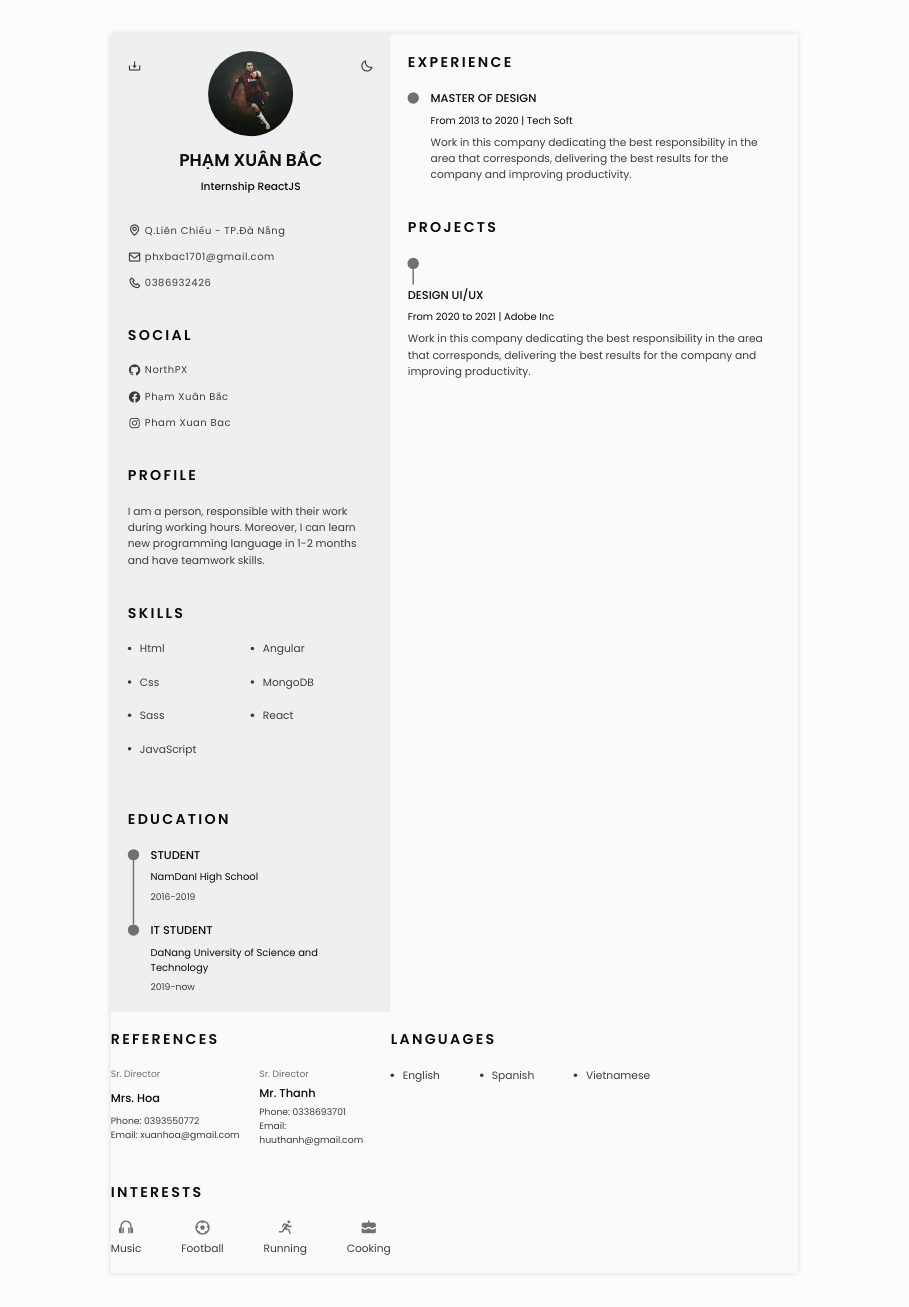
Repository: northpx/myCV
Page: index.html
An editor plug-in stored every save of this project. The page is shown before and after a run of saves, followed by the edit.
The browser window is 1280 px wide. The pictures show the whole page, at 71% of full size.

Above is the page before, as saved 2023-02-23 17:01:47.

### index.html
<!DOCTYPE html>
<html lang="en">
<head>
    <meta charset="UTF-8">
    <meta http-equiv="X-UA-Compatible" content="IE=edge">
    <meta name="viewport" content="width=device-width, initial-scale=1.0">
    <link rel="stylesheet" href="./src/css/styles.css">
    <link rel="stylesheet" href="https://cdn.jsdelivr.net/npm/boxicons@latest/css/boxicons.min.css">
    <title>Pham Xuan Bac</title>
</head>
<body>
    <header class="l-header" id="header">
        <nav class="nav bd-container">
            <a href="#" class="nav__logo">Bac</a>
            <div class="nav__menu" id="nav-menu">
                <ul class="nav__list">
                    <li class="nav__item">
                        <a href="#home" class="nav__link active-link">
                            <i class='bx bx-home nav__icon' ></i>HOME
                        </a>
                    </li>
                    <li class="nav__item">
                        <a href="#profile" class="nav__link">
                            <i class='bx bx-user nav__icon' ></i>USER
                        </a>
                    </li>
                    <li class="nav__item">
                        <a href="#education" class="nav__link">
                            <i class='bx bx-book nav__icon' ></i>EDUCATION
                        </a>
                    </li>
                    <li class="nav__item">
                        <a href="#skills" class="nav__link">
                            <i class='bx bx-receipt nav__icon' ></i>SKILLS
                        </a>
                    </li>
                    <li class="nav__item">
                        <a href="#experience" class="nav__link">
                            <i class='bx bx-briefcase-alt nav__icon' ></i>experience
                        </a>
                    </li>
                    <li class="nav__item">
                        <a href="#projects" class="nav__link">
                            <i class='bx bx-award nav__icon' ></i>projectS
                        </a>
                    </li>

                    <li class="nav__item">
                        <a href="#references" class="nav__link">
                            <i class='bx bx-link-external nav__icon' ></i>REFERENCES
                        </a>
                    </li>
                </ul>
            </div>

            <div class="nav__toogle" id="nav-toggle">
                <i class="bx bx-grid-alt"></i>
            </div>
        </nav>
    </header>
    <main class="l-main bd-container">
        <div class="resume" id="area-cv">
            <div class="resume__left">
                <section class="home" id="home">
                    <div class="home__container section bd-grid">
                        <div class="home__data bd-grid">
                            <img src="./src/img/z3668101589347_355da8c054c5f58beb49364ce3f9e5b5.jpg" alt="" class="home__img">
                            <h1 class="home__title"><b>PHẠM XUÂN BẮC</b></h1>
                            <h3 class="home__profession">Internship ReactJS</h3>
                            <div>
                                <a download="" href="./src/pdf/resumecv.pdf" class="home__button-movil">Download</a>
                            </div>
                        </div>
                        <div class="home__address bd-grid">
                            <span class="home__information">
                                <i class="bx bx-map home__icon"></i> Q.Liên Chiểu - TP.Đà Nẵng
                            </span>
                            <span class="home__information">
                                <i class="bx bx-envelope home__icon"></i> phxbac1701@gmail.com
                            </span>
                            <span class="home__information">
                                <i class="bx bx-phone home__icon"></i> 0386932426
                            </span>
                        </div>
                    </div>
                    <i class="bx bx-moon change-theme" title="Theme" id="theme-button"></i>
                    <i class="bx bx-download generate-pdf" title="Generate PDF" id="resume-button"></i>
                </section>

                <section class="social section">
                    <h2 class="section-title">Social</h2>
                    <div class="social__container bd-grid">
                        <a href="https://github.com/northpx" target="_blank" class="social_link">
                            <i class="bx bxl-github social__icon"></i> NorthPX
                        </a>
                        <a href="https://www.facebook.com/north.px.13/" target="_blank" class="social_link">
                            <i class="bx bxl-facebook-circle social__icon"></i> Phạm Xuân Bắc
                        </a>
                        <a href="https://www.instagram.com/_north.px_/" target="_blank" class="social_link">
                            <i class="bx bxl-instagram social__icon"></i> Pham Xuan Bac
                        </a>
                    </div>
                </section>

                <section class="profile section" id="profile">
                    <h2 class="section-title">Profile</h2>
                    <p class="profile__description">
                        I am a person, responsible with their work during working hours. Moreover, I can learn new programming language in 1-2 months and have teamwork skills.
                    </p>
                </section>

                <section class="skills section" id="skills">
                    <h2 class="section-title">Skills</h2>
                    <div class="skills__content bd-grid">
                        <ul class="skills__data">
                            <li class="skills__name">
                                <span class="skills__circle"></span> Html
                            </li>
                            <li class="skills__name">
                                <span class="skills__circle"></span> Css
                            </li>
                            <li class="skills__name">
                                <span class="skills__circle"></span> Sass
                            </li>
                            <li class="skills__name">
                                <span class="skills__circle"></span> JavaScript
                            </li>
                        </ul>

                        <ul class="skills__data">
                            <li class="skills__name">
                                <span class="skills__circle"></span> Angular
                            </li>
                            <li class="skills__name">
                                <span class="skills__circle"></span> MongoDB
                            </li>
                            <li class="skills__name">
                                <span class="skills__circle"></span> React
                            </li>
                        </ul>
                    </div>
                </section>

                <section class="education section" id="education">
                    <h2 class="section-title">Education</h2>
                    <div class="education__container bd-grid">
                        <!-- <div class="education__content">
                            <div class="education__time">
                                <span class="education__rounder"></span>
                                <span class="education__line"></span>
                            </div>
                            <div class="education__data bd-grid">
                                <h3 class="education__title">STUDENT</h3>
                                <span class="education__studies">HongLong Secondary School</span>
                                <span class="education__year">2012-2016</span>
                            </div>
                        </div> -->

                        <div class="education__content">
                            <div class="education__time">
                                <span class="education__rounder"></span>
                                <span class="education__line"></span>
                            </div>
                            <div class="education__data bd-grid">
                                <h3 class="education__title">STUDENT</h3>
                                <span class="education__studies">NamDanI High School</span>
                                <span class="education__year">2016-2019</span>
                            </div>
                        </div>

                        <div class="education__content">
                            <div class="education__time">
                                <span class="education__rounder"></span>
                                <!-- <span class="education__line"></span> -->
                            </div>
                            <div class="education__data bd-grid">
                                <h3 class="education__title">IT STUDENT</h3>
                                <span class="education__studies">DaNang University of Science and Technology</span>
                                <span class="education__year">2019-now</span>
                            </div>
                        </div>
                    </div>
                </section>

            </div>

            <div class="resume__right">
                <section class="experience section" id="experience">
                    <h2 class="section-title">experience</h2>
                    <div class="experience__container bd-grid">
                        <div class="experience__content">
                            <div class="experience__time">
                                <span class="experience__rounder"></span>
                                <!-- <span class="experience__line"></span> -->
                            </div>
                            <div class="experience__data bd-grid">
                                <h3 class="experience__title">MASTER OF DESIGN</h3>
                                <span class="experience__company">From 2013 to 2020 | Tech Soft</span>
                                <p class="experience__description">Work in this company dedicating the best responsibility in the area that corresponds, delivering the best results for the company and improving productivity.</p>
                            </div>
                        </div>
                        <!-- <div class="experience__content">
                            <div class="experience__time">
                                <span class="experience__rounder"></span>
                                <span class="experience__line"></span>
                            </div>
                            <div class="experience__data bd-grid">
                                <h3 class="experience__title">DESIGN UI/UX</h3>
                                <span class="experience__company">From 2020 to 2021 | Adobe Inc</span>
                                <p class="experience__description">Work in this company dedicating the best responsibility in the area that corresponds, delivering the best results for the company and improving productivity.</p>
                            </div>
                        </div>
                        <div class="experience__content">
                            <div class="experience__time">
                                <span class="experience__rounder"></span>
                            </div>
                            <div class="experience__data bd-grid">
                                <h3 class="experience__title">MOBILE APP DEVELOPER</h3>
                                <span class="experience__company">From 2021 to 2023 | App Tech</span>
                                <p class="experience__description">Work in this company dedicating the best responsibility in the area that corresponds, delivering the best results for the company and improving productivity.</p>
                            </div>
                        </div> -->
                    </div>
                </section>

                <section class="project section" id="projects">
                    <h2 class="section-title">projects</h2>
                    <div class="project__container bd-grid">
                        <div class="project__content">
                            <span class="experience__rounder"></span>
                            <span class="experience__line"></span>
                        </div>
                        <div class="experience__data bd-grid">
                            <h3 class="experience__title">DESIGN UI/UX</h3>
                            <span class="experience__company">From 2020 to 2021 | Adobe Inc</span>
                            <p class="experience__description">Work in this company dedicating the best responsibility in the area that corresponds, delivering the best results for the company and improving productivity.</p>
                        </div>
                            <!-- <h3 class="project__title">Certified for compliance in the work area (2012)</h3>
                            <p class="project__description">For meeting the expectations of leading the team to work the specified tasks in the labor field.</p> -->
                        </div>

                        <!-- <div class="project__content">
                            <h3 class="project__title">project of attendance on computer technology.</h3>
                            <p class="project__description">For meeting the expectations of leading the team to work the specified tasks in the labor field.</p>
                        </div>

                        <div class="project__content">
                            <h3 class="project__title">Achievement medal for productivity excellence during the year (2019)</h3>
                            <p class="project__description">For meeting the expectations of leading the team to work the specified tasks in the labor field.</p>
                        </div> -->
                    </div>
                </section>

                <section class="references section" id="references">
                    <h2 class="section-title">References</h2>
                    <div class="references__container bd-grid">
                        <div class="references__content bd-grid">
                            <span class="references__subtitle">Sr. Director</span>
                            <h3 class="references__title">Mrs. Hoa</h3>
                            <ul class="references__contact">
                                <li>Phone: 0393550772</li>
                                <li>Email: xuanhoa@gmail.com</li>
                            </ul>
                        </div>

                        <div class="references__content bd-grid">
                            <span class="references__subtitle">Sr. Director</span>
                            <h3 class="references__title">Mr. Thanh</h3>
                            <ul class="references__contact">
                                <li>Phone: 0338693701</li>
                                <li>Email: huuthanh@gmail.com</li>
                            </ul>
                        </div>
                    </div>
                </section>

                <section class="languages section">
                    <h2 class="section-title">Languages</h2>
                    <div class="languages__container bd-grid">
                        <ul class="languages__content bd-grid">
                            <li class="languages_name">
                                <span class="languages__circle"></span> English
                            </li>
                            <li class="languages_name">
                                <span class="languages__circle"></span> Spanish
                            </li>
                            <li class="languages_name">
                                <span class="languages__circle"></span> Vietnamese
                            </li>

                        </ul>
                    </div>
                </section>

                <section class="interests section">
                    <h2 class="section-title">Interests</h2>
                    <div class="interests__container bd-grid">
                        <div class="interests__content">
                            <i class="bx bx-headphone interests__icon"></i>
                            <span class="interests__name">Music</span>
                        </div>
                        <div class="interests__content">
                            <i class='bx bx-football interests__icon' ></i>
                            <span class="interests__name">Football</span>
                        </div>
                        <div class="interests__content">
                            <i class='bx bx-run interests__icon' ></i>
                            <span class="interests__name">Running</span>
                        </div>
                        <div class="interests__content">
                            <i class='bx bxs-cake interests__icon' ></i>
                            <span class="interests__name">Cooking</span>
                        </div>
                    </div>
                </section>
            </div>
        </div>
    </main>

    <a href="#" class="scrolltop" id="scroll-top">
        <i class="bx bx-up-arrow-alt scrolltop__icon"></i>
    </a>
    <script src="./src/js/html2pdf.bundle.min.js"></script>
    <script src="./src/js/scripts.js"></script>
</body>
</html>

Loaded but not shown: src/js/html2pdf.bundle.min.js (library); src/js/scripts.js (107 lines, source omitted); src/css/styles.css (578 lines, source omitted)

After the next 3 saves:
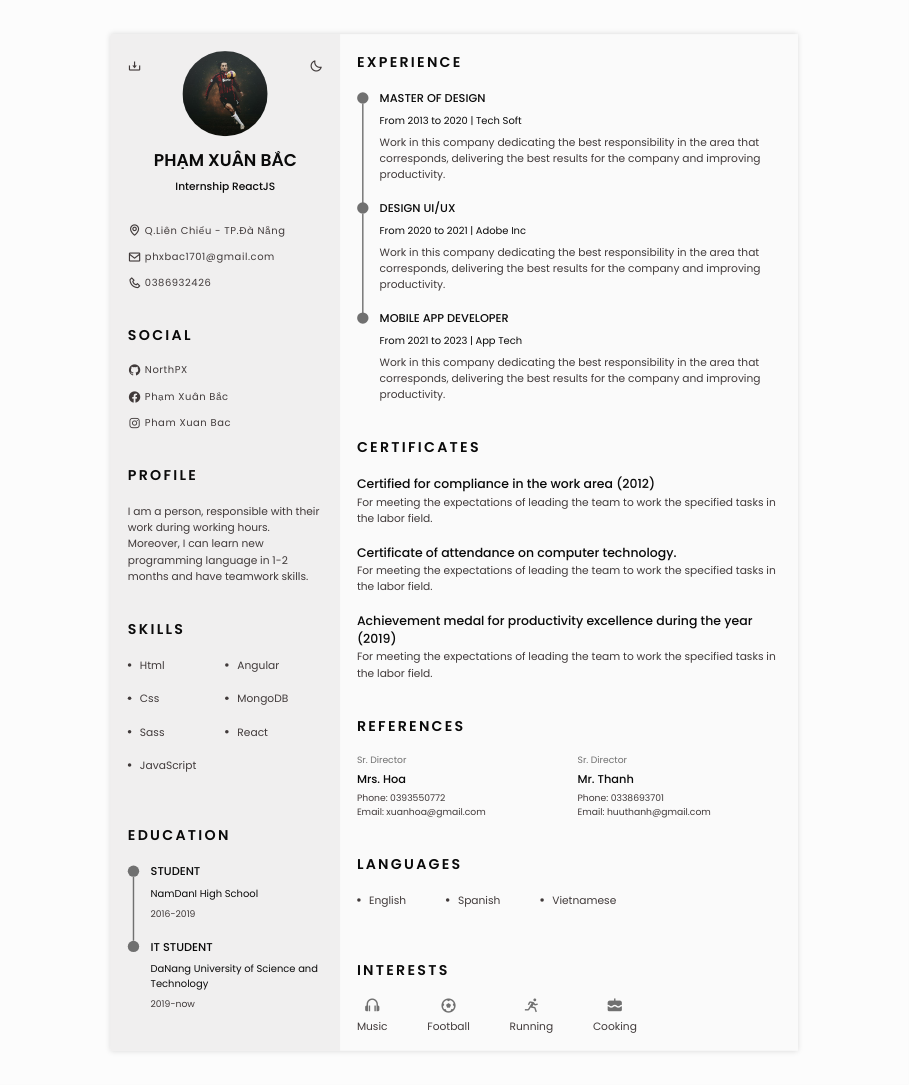
The 3 saves are shown as one change because they came seconds apart.
The last was saved 40 s later.
--- a/index.html
+++ b/index.html
@@ -40,8 +40,8 @@
                         </a>
                     </li>
                     <li class="nav__item">
-                        <a href="#projects" class="nav__link">
-                            <i class='bx bx-award nav__icon' ></i>projectS
+                        <a href="#certificates" class="nav__link">
+                            <i class='bx bx-award nav__icon' ></i>CERTIFICATES
                         </a>
                     </li>
 
@@ -191,7 +191,7 @@
                         <div class="experience__content">
                             <div class="experience__time">
                                 <span class="experience__rounder"></span>
-                                <!-- <span class="experience__line"></span> -->
+                                <span class="experience__line"></span>
                             </div>
                             <div class="experience__data bd-grid">
                                 <h3 class="experience__title">MASTER OF DESIGN</h3>
@@ -199,7 +199,7 @@
                                 <p class="experience__description">Work in this company dedicating the best responsibility in the area that corresponds, delivering the best results for the company and improving productivity.</p>
                             </div>
                         </div>
-                        <!-- <div class="experience__content">
+                        <div class="experience__content">
                             <div class="experience__time">
                                 <span class="experience__rounder"></span>
                                 <span class="experience__line"></span>
@@ -219,35 +219,27 @@
                                 <span class="experience__company">From 2021 to 2023 | App Tech</span>
                                 <p class="experience__description">Work in this company dedicating the best responsibility in the area that corresponds, delivering the best results for the company and improving productivity.</p>
                             </div>
-                        </div> -->
-                    </div>
-                </section>
-
-                <section class="project section" id="projects">
-                    <h2 class="section-title">projects</h2>
-                    <div class="project__container bd-grid">
-                        <div class="project__content">
-                            <span class="experience__rounder"></span>
-                            <span class="experience__line"></span>
-                        </div>
-                        <div class="experience__data bd-grid">
-                            <h3 class="experience__title">DESIGN UI/UX</h3>
-                            <span class="experience__company">From 2020 to 2021 | Adobe Inc</span>
-                            <p class="experience__description">Work in this company dedicating the best responsibility in the area that corresponds, delivering the best results for the company and improving productivity.</p>
-                        </div>
-                            <!-- <h3 class="project__title">Certified for compliance in the work area (2012)</h3>
-                            <p class="project__description">For meeting the expectations of leading the team to work the specified tasks in the labor field.</p> -->
-                        </div>
-
-                        <!-- <div class="project__content">
-                            <h3 class="project__title">project of attendance on computer technology.</h3>
-                            <p class="project__description">For meeting the expectations of leading the team to work the specified tasks in the labor field.</p>
-                        </div>
-
-                        <div class="project__content">
-                            <h3 class="project__title">Achievement medal for productivity excellence during the year (2019)</h3>
-                            <p class="project__description">For meeting the expectations of leading the team to work the specified tasks in the labor field.</p>
-                        </div> -->
+                        </div>
+                    </div>
+                </section>
+
+                <section class="certificate section" id="certificates">
+                    <h2 class="section-title">Certificates</h2>
+                    <div class="certificate__container bd-grid">
+                        <div class="certificate__content">
+                            <h3 class="certificate__title">Certified for compliance in the work area (2012)</h3>
+                            <p class="certificate__description">For meeting the expectations of leading the team to work the specified tasks in the labor field.</p>
+                        </div>
+
+                        <div class="certificate__content">
+                            <h3 class="certificate__title">Certificate of attendance on computer technology.</h3>
+                            <p class="certificate__description">For meeting the expectations of leading the team to work the specified tasks in the labor field.</p>
+                        </div>
+
+                        <div class="certificate__content">
+                            <h3 class="certificate__title">Achievement medal for productivity excellence during the year (2019)</h3>
+                            <p class="certificate__description">For meeting the expectations of leading the team to work the specified tasks in the labor field.</p>
+                        </div>
                     </div>
                 </section>
 
